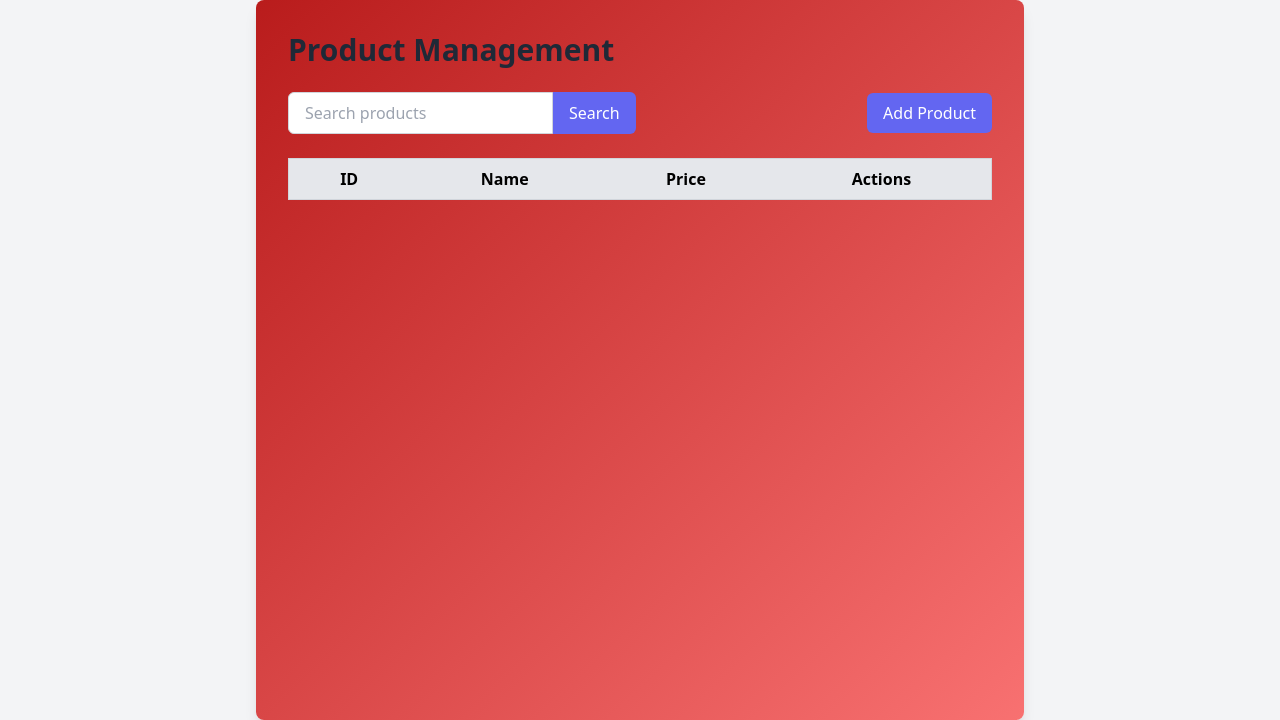
Repository: shaafsalman/product-Management-MERN
Page: /home (app in frontend/)
These files come from the project's save history. The page is drawn as it stood at one moment and after the next save; the edit follows.
The browser window is 1280 px wide. The pictures show the whole page.
The page's requests for data from a server got no answer. The project was rebuilt for these pictures with package versions that can differ from the ones it lists, and the page was loaded fresh each time. No one was signed in, and anything a server would have sent is missing. Also part of the build but not shown: frontend/vite.config.js, frontend/src/Cards/mesgCard.jsx, frontend/src/Pages/Login.jsx, frontend/src/Pages/SighnUp.jsx, frontend/src/Pages/NoPage.jsx, frontend/src/Pages/addproduct.jsx.

Above is the page before, as saved 2024-05-14 01:42:08.

After the next save:
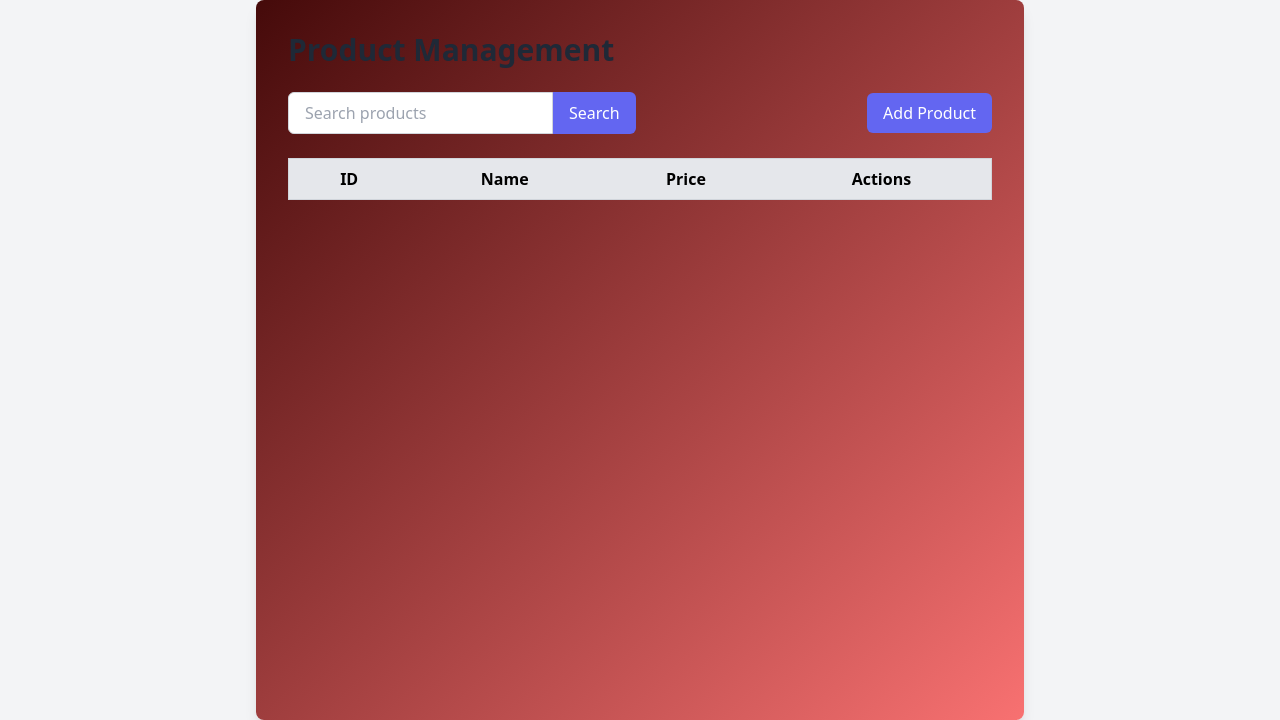
Saved 13 s later.
--- a/frontend/src/Pages/Home.jsx
+++ b/frontend/src/Pages/Home.jsx
@@ -42,7 +42,7 @@ const Home = () => {
   };
   return (
     <div className="flex justify-center  min-h-screen bg-gray-100">
-<div className="max-w-screen-md w-full bg-gradient-to-br from-red-700 to-red-400 shadow-lg rounded-lg p-8">
+      <div className="max-w-screen-md w-full bg-gradient-to-br from-red-950 to-red-400 shadow-lg rounded-lg p-8">
         <h2 className="text-3xl font-semibold text-gray-800 mb-6">Product Management</h2>
         <div className="flex items-center justify-between mb-6">
           <div className="flex">
